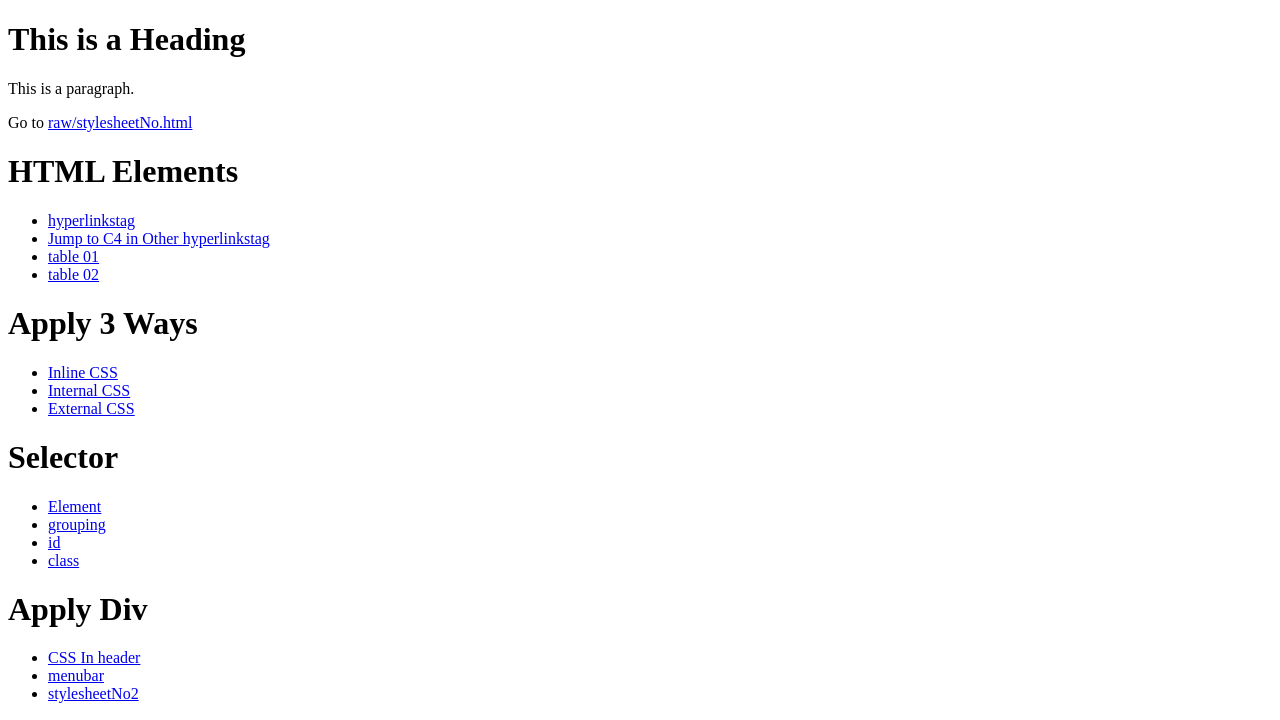
Repository: SanghunOh/learn_publising
Page: HtmlCss/WebContent/index.html
The author's editor kept a copy of each file at every save. The page is drawn from the files as they stood at one save, then again after the next save.
The browser window is 1280 px wide. The pictures show the whole page.

Above is the page before, as saved 2018-05-05 07:03:27.

### HtmlCss/WebContent/index.html
<!DOCTYPE html>
<!-- HTML5 -->
<html>
<head>
<meta charset="UTF-8">
<title>Home</title>
</head>
<body>
	<h1>This is a Heading</h1>
	<p>This is a paragraph.</p>

	<p>Go to <a href="multiple/stylesheetNo.html">raw/stylesheetNo.html</a></p>

	<h1>HTML Elements</h1>
	<ul>
		<li><a href="./htmlelements/hyperlinkstag.html">hyperlinkstag</a></li>
		<li><a href="./htmlelements/hyperlinkstag.html#C4">Jump to C4 in Other hyperlinkstag</a></li>
		<li><a href="./htmlelements/table01.html">table 01</a></li>
		<li><a href="./htmlelements/table02.html">table 02</a></li>
	</ul>

	<h1>Apply 3 Ways</h1>
	<ul>
		<li><a href="3ways/inline.html">Inline CSS</a></li>
		<li><a href="3ways/internal.html">Internal CSS</a></li>
		<li><a href="3ways/external.html">External CSS</a></li>
	</ul>

	<h1>Selector</h1>
	<ul>
		<li><a href="selector/element.html">Element</a></li>
		<li><a href="selector/grouping.html">grouping</a></li>
		<li><a href="selector/id.html">id</a></li>
		<li><a href="selector/class.html">class</a></li>
	</ul>

	<h1>Apply Div</h1>
	<ul>
		<li><a href="applyDiv/cssinheader.html">CSS In header</a></li>
		<li><a href="applyDiv/menubar.html">menubar</a></li>
		<li><a href="applyDiv/stylesheetNo2.html">stylesheetNo2</a></li>
	</ul>
</body>
</html>

After the next save:
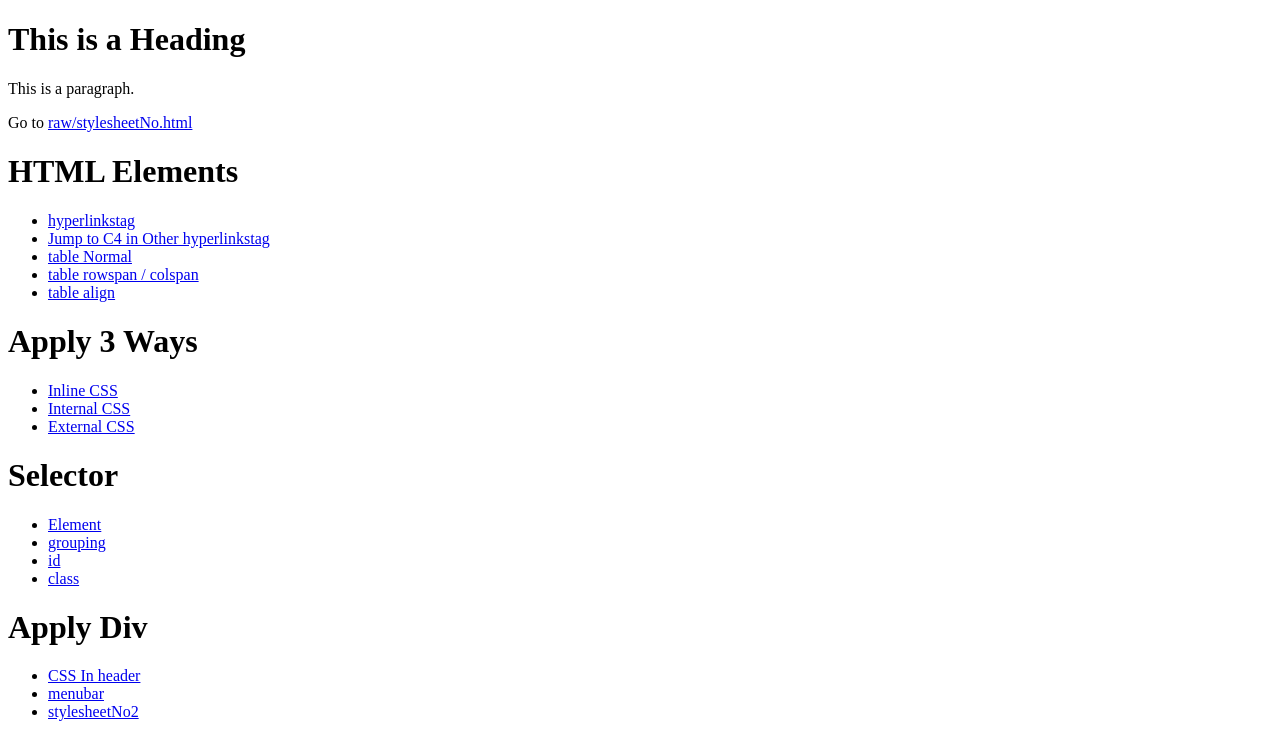
Saved 92 s later.
--- a/HtmlCss/WebContent/index.html
+++ b/HtmlCss/WebContent/index.html
@@ -15,8 +15,9 @@
 	<ul>
 		<li><a href="./htmlelements/hyperlinkstag.html">hyperlinkstag</a></li>
 		<li><a href="./htmlelements/hyperlinkstag.html#C4">Jump to C4 in Other hyperlinkstag</a></li>
-		<li><a href="./htmlelements/table01.html">table 01</a></li>
-		<li><a href="./htmlelements/table02.html">table 02</a></li>
+		<li><a href="./htmlelements/table_normal.html">table Normal</a></li>
+		<li><a href="./htmlelements/table_rowcolspan.html">table rowspan / colspan</a></li>
+		<li><a href="./htmlelements/table_align.html">table align</a></li>
 	</ul>
 
 	<h1>Apply 3 Ways</h1>
